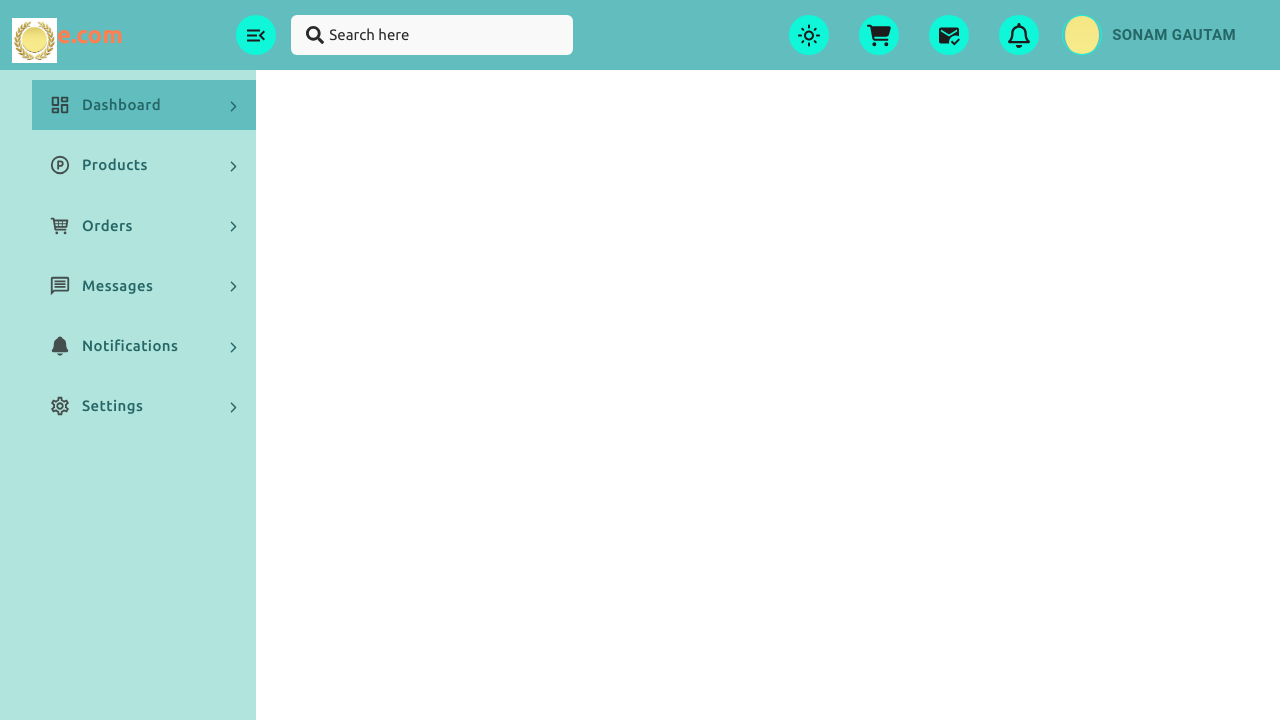
Repository: gautamsonam011/admin-react-dashboard
Page: /
The author's editor kept a copy of each file at every save. The page is drawn from the files as they stood at one save, then again after the next save.
The browser window is 1280 px wide. The pictures show the whole page.
The project was rebuilt for these pictures with package versions that can differ from the ones it lists, and the page was loaded fresh each time.

Above is the page before, as saved 2025-04-15 16:44:21.

After the next save:
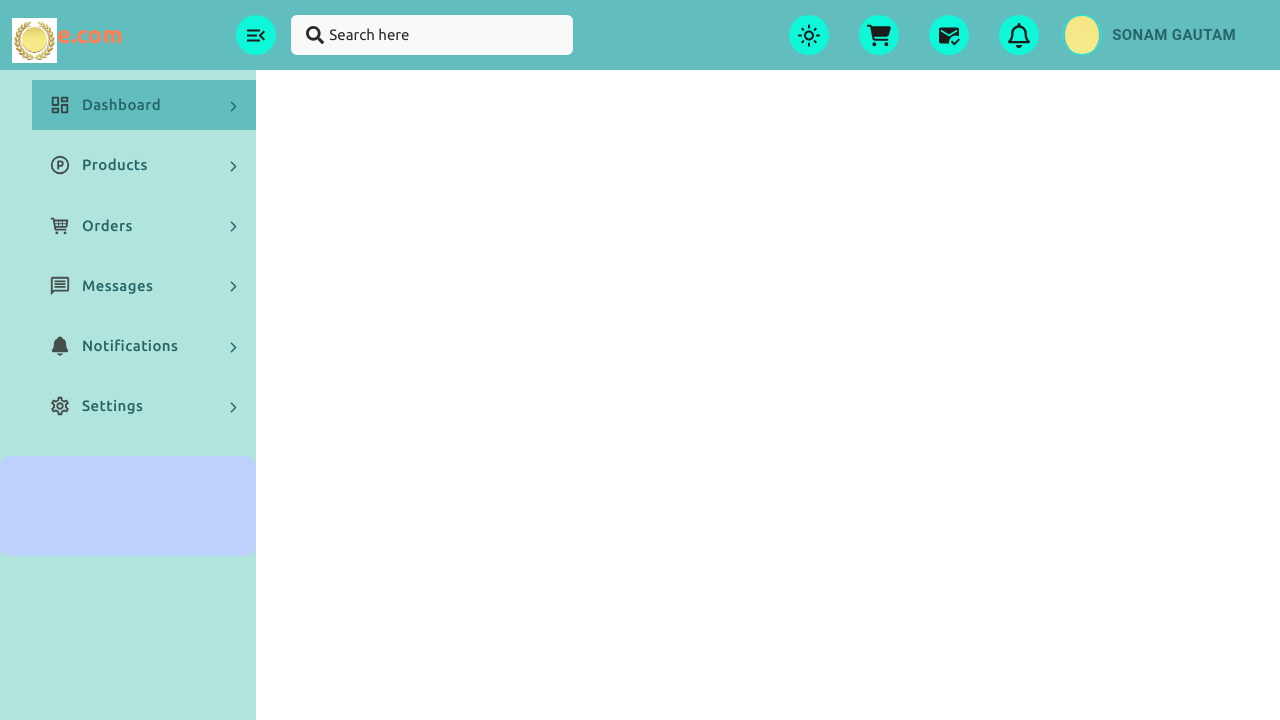
Saved 2 min 13 s later.
--- a/src/App.css
+++ b/src/App.css
@@ -82,4 +82,4 @@ display: block; padding: 6px 0px; font-size: 14px !important; font-weight: 500;
 .main .sidebarWrapper .sidebar ul .submenuWrapper.colapse{height:auto; overflow: inherit;}
 .main .sidebarWrapper .sidebar ul .submenuWrapper.colapse .submenu{opacity:1; height:auto;}
 
-.logoutWrapper{width:100%; height:100px; padding: 25px;}
+.logoutWrapper{width:100%; height:100px; padding: 25px; background:#bcd2fd; border-radius:10px; margin-bottom:20px;}
